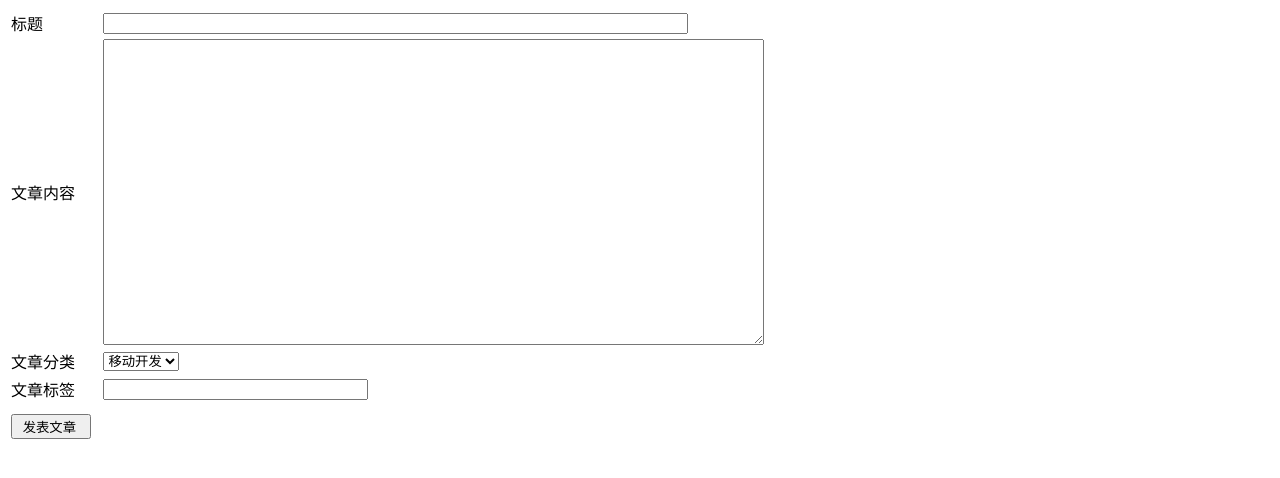
Repository: tangqingyun/java
Page: http://localhost/tamny_blog/postedit.jsp
The author's editor kept a copy of each file at every save. The page is drawn from the files as they stood at one save, then again after the next save.
The browser window is 1280 px wide. The pictures show the whole page.
The page is served by Tomcat 9. Nobody is signed in. The application's start-up code is not run.

Above is the page before, as saved 2015-01-21 09:53:34.

After the next save:
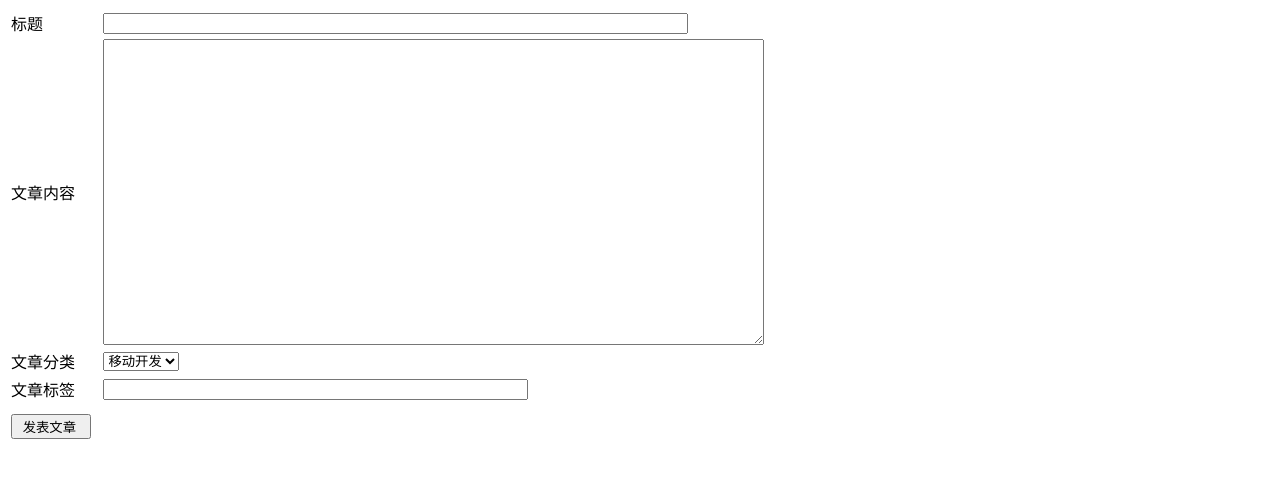
Saved 13 s later.
--- a/tamny_blog/WebContent/postedit.jsp
+++ b/tamny_blog/WebContent/postedit.jsp
@@ -37,7 +37,7 @@
 
 			<tr>
 				<td>文章标签</td>
-				<td><input type="text" name="user.nickname" size="30" /></td>
+				<td><input type="text" name="user.nickname" size="50" /></td>
 			</tr>
 
 			<tr>
